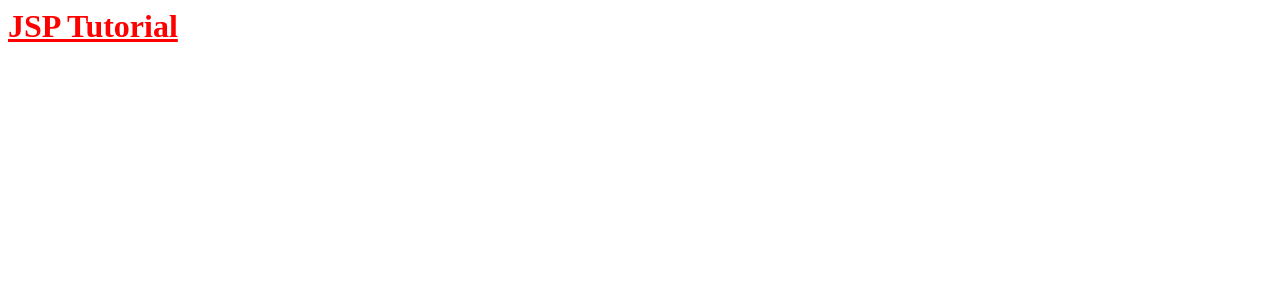
Repository: venugopalakrishnamylavarapu/Naresh-It-Full-Stack-java-Developer
Page: http://localhost/JSP/page1.jsp
An editor plug-in stored every save of this project. The page is shown before and after the next save, followed by the edit.
The browser window is 1280 px wide. The pictures show the whole page.
The page is served by Tomcat 9. Other server files are loaded and not shown.

Above is the page before, as saved 2023-03-14 14:28:17.

### Advanced Java/Coding/JSP/src/main/webapp/page1.jsp
<html>
<body>
<jsp:include page="header.jsp"/>
</body>
</html>

### Advanced Java/Coding/JSP/src/main/webapp/header.jsp
<html>
<body>
<font color=red>
<h1><u><%="JSP Tutorial" %></u></h1>
</font>
</body>
</html>

After the next save:
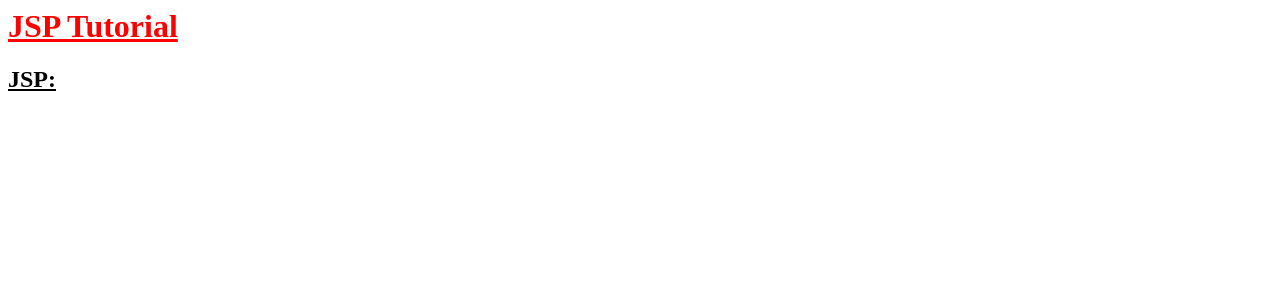
Saved 11 s later.
--- a/Advanced Java/Coding/JSP/src/main/webapp/page1.jsp
+++ b/Advanced Java/Coding/JSP/src/main/webapp/page1.jsp
@@ -1,5 +1,6 @@
 <html>
 <body>
 <jsp:include page="header.jsp"/>
+<h2><u>JSP:</u></h2>
 </body>
 </html>
